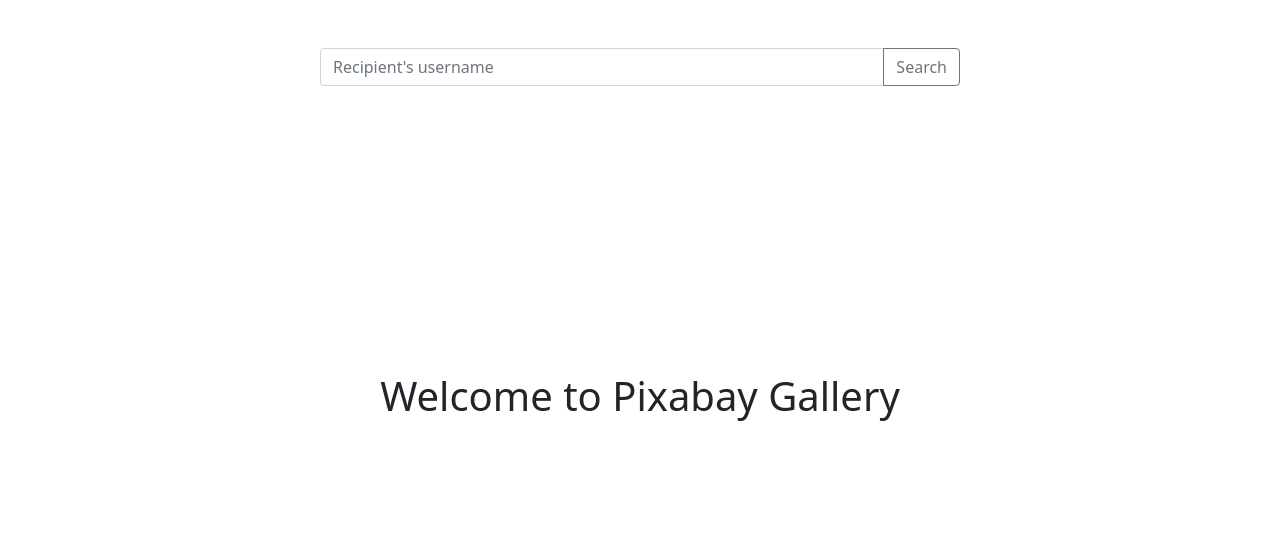
Repository: mehedi9465/PixaBay-Gallery
Page: index.html
An editor plug-in stored every save of this project. The page is shown before and after a run of saves, followed by the edit.
The browser window is 1280 px wide. The pictures show the whole page.

Above is the page before, as saved 2023-05-09 13:15:40.

After the next 3 saves:
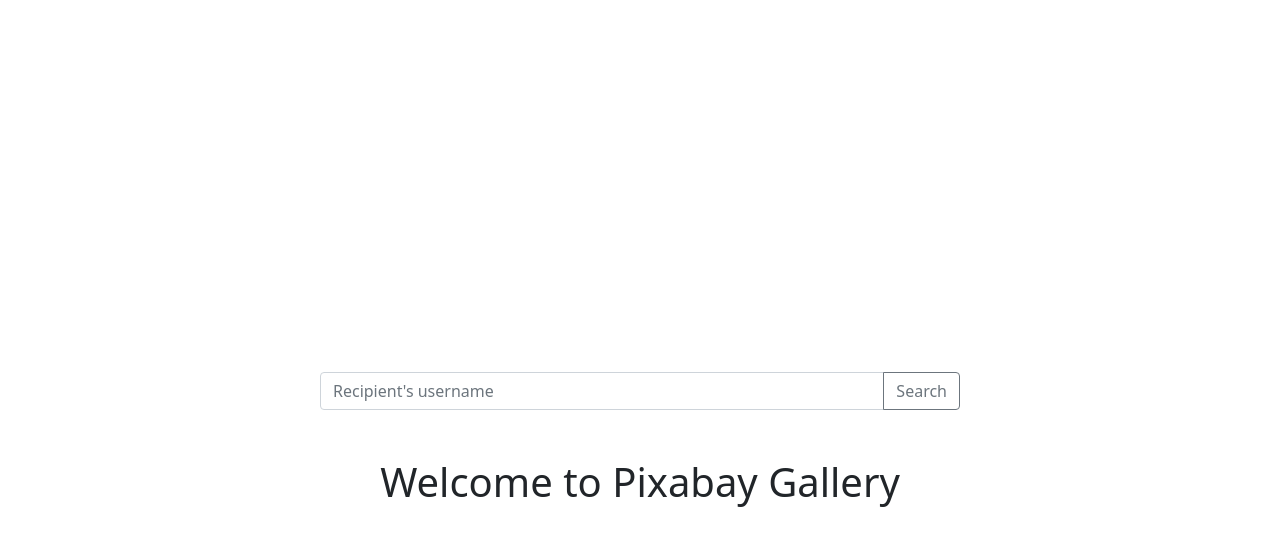
The 3 saves are shown as one change because they came seconds apart.
The last was saved 20 s later.
--- a/index.html
+++ b/index.html
@@ -25,27 +25,29 @@
   </head>
   <body>
     <main>
-      <div class="position-relative" style="height: 90vh;">
-        <div class="input-group mt-5 mb-5 w-50 mx-auto overflow-hidden">
-        <input
-          type="text"
-          class="form-control"
-          placeholder="Recipient's username"
-          aria-label="Recipient's username"
-          aria-describedby="button-addon2"
-          id="InputField"
-        />
-        <button
-          class="btn btn-outline-secondary"
-          type="button"
-          id="button-addon2"
+      <div class="position-relative" style="height: 90vh">
+        <div
+          class="text-center fs-1 position-absolute top-50 bottom-50 start-0 end-0 m-auto"
         >
-          Search
-        </button>
-      </div>
-      <div class="text-center fs-1 position-absolute top-50 bottom-50 start-0 end-0 m-auto">
+          <div class="input-group mt-5 mb-5 w-50 mx-auto overflow-hidden">
+            <input
+              type="text"
+              class="form-control"
+              placeholder="Recipient's username"
+              aria-label="Recipient's username"
+              aria-describedby="button-addon2"
+              id="InputField"
+            />
+            <button
+              class="btn btn-outline-secondary"
+              type="button"
+              id="button-addon2"
+            >
+              Search
+            </button>
+          </div>
           <h1 class="text-center fs-1">Welcome to Pixabay Gallery</h1>
-      </div>
+        </div>
       </div>
     </main>
 
